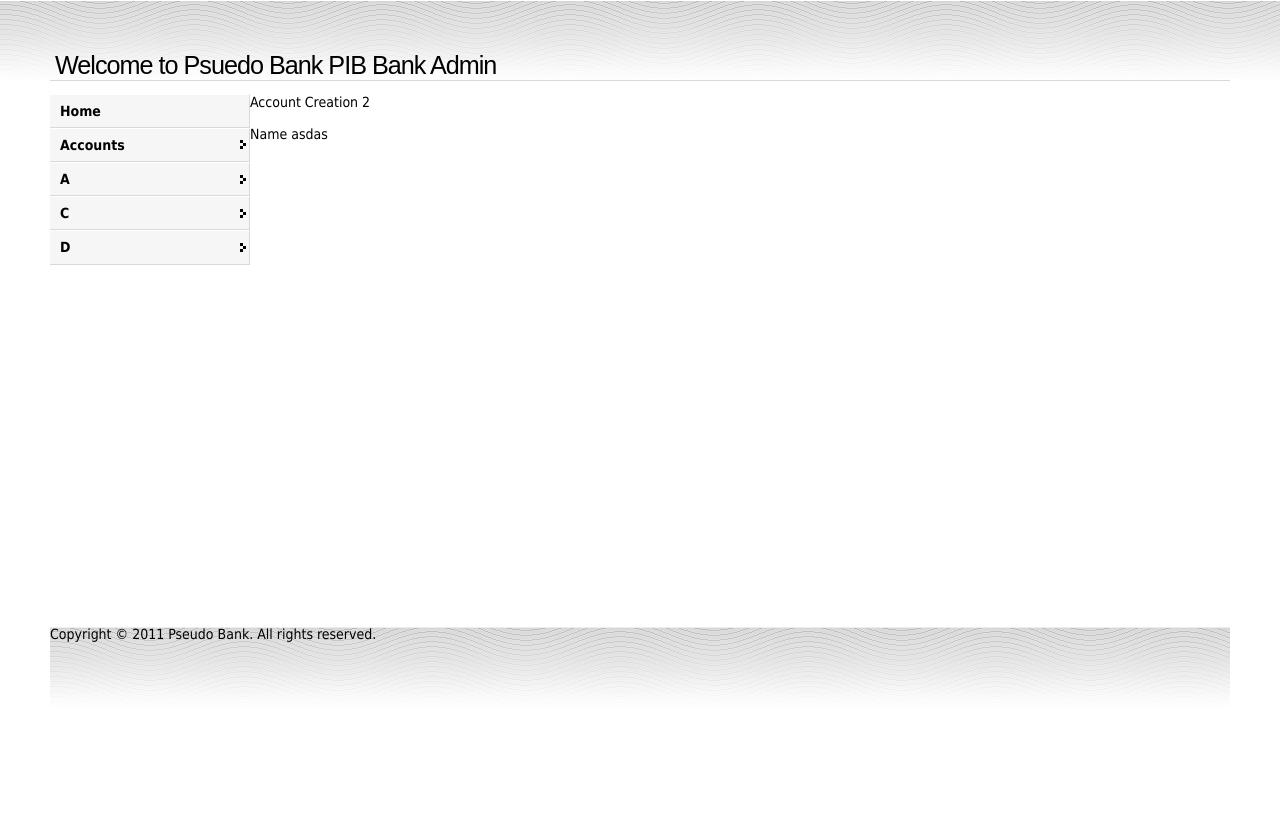
Repository: hareth12/Final-Year-Project
Page: http://localhost/bankAdmin/Account/accountCreation2.jsp
The author's editor kept a copy of each file at every save. The page is drawn from the files as they stood at one save, then again after the next save.
The browser window is 1280 px wide. The pictures show the whole page.
The page is served by Tomcat 9. Other server files are loaded and not shown.

Above is the page before, as saved 2011-09-30 04:24:57.

### bankAdmin/WebContent/Account/accountCreation2.jsp
<!DOCTYPE html PUBLIC "-//W3C//DTD XHTML 1.0 Transitional//EN" "http://www.w3.org/TR/xhtml1/DTD/xhtml1-transitional.dtd">
<html xmlns="http://www.w3.org/1999/xhtml" xml:lang="en" lang="en">
<head>
<title>Psuedo Bank PIB Bank Admin</title>
<meta http-equiv="Content-Type" content="text/html; charset=utf-8" />
<meta name="author" content="Tom@Lwis (http://www.lwis.net/free-css-drop-down-menu/)" />
<meta name="keywords" content="css, dropdowns, dropdown menu, drop-down, menu, navigation, nav, horizontal, vertical left-to-right, vertical right-to-left, horizontal linear, horizontal upwards, cross browser, internet explorer, ie, firefox, safari, opera, browser, lwis" />
<meta name="description" content="Simple vertical left-to-right direction css drop-down menu demo using clean, standards-friendly, free, easy, cross browser framework for css drop-down menus" />
<link href="/bankAdmin/asset/secured/helper.css" media="screen" rel="stylesheet" type="text/css" />

<style type="text/css">

/* Layout */
@import "/bankAdmin/asset/secured/dropdown.css";
@import "/bankAdmin/asset/secured/dropdown.vertical.css";

/* Theme */
@import "/bankAdmin/asset/secured/default.css";

</style>


</head>
<body>
<div id="wrap">  <!-- This wrap div needs to encompass everything except the footer div at bottom -->
<h1>Welcome to Psuedo Bank PIB Bank Admin</h1>

<ul id="nav" class="dropdown dropdown-vertical">
    <li><a href="#">Home</a></li>
    <li class="dir">Accounts
        <ul>
            <li><a href="/bankAdmin/AccountCreation">Accounts Creation</a></li>
            <li><a href="#">Accounts Enquiry</a></li>
                <ul>
                    <li><a href="./">1</a></li>
                    <li><a href="./">2</a></li>
                    <li><a href="./">3</a></li>
                    <li><a href="./">4</a></li>
                    <li><a href="./">5</a></li>
                </ul>
            </li>
        </ul>
    </li>
    <li class="dir">A
        <ul>
            <li><a href="#">1</a></li>
            <li><a href="#">2</a></li>
            <li><a href="#">3</a></li>
        </ul>
    </li>
    <li class="dir">C
        <ul>
            <li><a href="./">1</a></li>
            <li><a href="./">2</a></li>
            <li><a href="./">3</a></li>
        </ul>
    </li>
    <li class="dir">D</a>
        <ul>
            <li><a href="./">1</a></li>
        </ul>
    </li>
</ul>
	<div id="main">
	Account Creation 2
	<br></br>
	<td>
	<tr> Name </tr><tr>    asdas</tr>

	</tr>



	</div>

</div>

<div class="footer">
	<div id="foot"> <!-- this extra div is just centering the fixed width area of the footer content -->

    <p>Copyright &copy; 2011 Pseudo Bank. All rights reserved.</p>
    </div>
</div>

</body>


</html>

### bankAdmin/WebContent/asset/secured/helper.css

* {
 margin: 0;
 padding: 0;
}

body {
 padding: 50px;
 border-top: solid 1px #fff;
 background: #fff url(images/pattern1.png) 0 0 repeat-x;
 font: 14px/normal Tahoma, Arial, Helvetica, sans-serif;
}

html, body{height: 100%;}

#wrap {min-height: 80%;}

#main {overflow:auto;
    padding-bottom: 20%;}  /* must be same height as the footer */

footer {

 position: relative;
 margin-top: -20%;
 height: 20%;
 clear:both;
 text-align: center;
 width:100%;
}

/* Footer */
#footer {background: #444444 url('images/footer.gif') repeat-x;color:#ffffff;font-size:11px;font-family:Verdana, Arial, sans-serif}
#footer2 {background-color: #444444;color:#ffffff;font-size:11px;font-family:Verdana, Arial, sans-serif;height:140px}
#footer a, #footer2 a {color:#ffffff;text-decoration:underline}
#footer a:hover, #footer2 a:hover {color:#804249;text-decoration:underline}
#footer a:visited, #footer2 a:visited  {color:#ffffff;text-decoration:underline}
#footer p, #footer2 p {margin:0 0 15px 0}
#footer p.axe img, #footer2 p.axe img {margin-bottom:-7px}
#foot {width:100%;margin:0 auto;background: url('images/pattern1.png') repeat-x;height:140px;line-height:1.1em;padding: 0;}
#foot2 {width:800px;margin:0 auto;height:140px;line-height:1.1em;padding:0 10px 0 10px}
#foot #left {width:400px;float:left;padding-top:72px}
#foot #right {width:250px;float:right;text-align:right;padding-top:72px}
#foot2 #left {width:450px;float:left;padding-top:45px}
#foot2 #right {width:250px;float:right;text-align:right;padding-top:45px}

.clearfix:after {content: ".";display: block;height: 0;clear: both;visibility: hidden}
.clearfix {display: inline-block}
* html .clearfix {height: 1%}
.clearfix {display: block}


p { margin-bottom: 1em; }

ul.classic {
 list-style: disc;
 margin-bottom: 1em;
 padding-left: 2em;
}

h1,h2,h3 {
 margin-bottom: .5em;
 font-family: Arial, Helvetica, sans-serif;
 line-height: normal;
}

h1 {
 border-bottom: solid 1px #d9d9d9;
 font-weight: normal;
 font-size: 180%;
 text-indent: 5px;
 letter-spacing: -1px;
}

.dropdown-upward {
 margin-top: 400px !important;
}

### bankAdmin/WebContent/asset/secured/dropdown.css
@charset "UTF-8";

/**
 * Horizontal CSS Drop-Down Menu Module
 *
 * @file        dropdown.css
 * @package     Dropdown
 * @version     0.7.1
 * @type        Transitional
 * @stacks      597-599
 * @browsers    Windows: IE6+, Opera7+, Firefox1+
 *              Mac OS: Safari2+, Firefox2+
 *
 * @link        http://www.lwis.net/
 * @copyright   2006-2008 Live Web Institute. All Rights Reserved.
 *
 */

ul.dropdown,
ul.dropdown li,
ul.dropdown ul {
 list-style: none;
 margin: 0;
 padding: 0;
}

ul.dropdown {
 position: relative;
 z-index: 597;
 float: left;
}

ul.dropdown li {
 float: left;
 line-height: 1.3em;
 vertical-align: middle;
 zoom: 1;
}

ul.dropdown li.hover,
ul.dropdown li:hover {
 position: relative;
 z-index: 599;
 cursor: default;
}

ul.dropdown ul {
 visibility: hidden;
 position: absolute;
 top: 100%;
 left: 0;
 z-index: 598;
 width: 100%;
}

ul.dropdown ul li {
 float: none;
}

ul.dropdown ul ul {
 top: 1px;
 left: 99%;
}

ul.dropdown li:hover > ul {
 visibility: visible;
}

### bankAdmin/WebContent/asset/secured/dropdown.vertical.css
@charset "UTF-8";

/**
 * Vertical Left-to-Right Direction CSS Drop-Down Menu Component
 *
 * @file		dropdown.vertical.css
 * @package		Dropdown
 * @version		0.3
 * @type		Transitional
 * @requires	dropdown.css
 * @browsers	Windows: IE5+, Opera7+, Firefox1+
 *				Mac OS: Safari2+, Firefox2+
 *
 * @link		http://www.lwis.net/
 * @copyright	2006-2008 Live Web Institute. All Rights Reserved.
 *
 */

@import "dropdown.css";

ul.dropdown-vertical {
 width: 200px;
}

ul.dropdown-vertical ul {
 top: 1px;
 left: 99%;
}

ul.dropdown-vertical li {
 float: none;
}

### bankAdmin/WebContent/asset/secured/default.css
@charset "UTF-8";

/**
 * Default CSS Drop-Down Menu Theme
 *
 * @file		default.css
 * @name		Default
 * @version		0.1.1
 * @type		transitional
 * @browsers	Windows: IE5+, Opera7+, Firefox1+
 *				Mac OS: Safari2+, Firefox2+
 *
 * @link		http://www.lwis.net/
 * @copyright	2008 Live Web Institute. All Rights Reserved.
 *
 * Module Classes: *.dir {} *.on {} *.open {} li.hover {} li.first {} li.last {}
 * Expected directory tag - li
 *
 */


/*-------------------------------------------------/
 * @section		Base Drop-Down Styling
 * @structure	ul (unordered list)
 *				ul li (list item)
 *				ul li a (links)
 *				/*\.class|(li|a):hover/
 * @level sep	ul
 */


ul.dropdown {
 font-weight: bold;
}

	ul.dropdown li {
	 padding: 7px 10px;
	 border-style: solid;
	 border-width: 1px 1px 1px 0;
	 border-color: #fff #d9d9d9 #d9d9d9;
	 background-color: #f6f6f6;
	 color: #000;
	}

	ul.dropdown li.hover,
	ul.dropdown li:hover {
	 background-color: #eee;
	 color: #000;
	}

	ul.dropdown a:link,
	ul.dropdown a:visited	{ color: #000; text-decoration: none; }
	ul.dropdown a:hover		{ color: #000; }
	ul.dropdown a:active	{ color: #ffa500; }


	/* -- level mark -- */

	ul.dropdown ul {
	 width: 150px;
	 margin-top: 1px;
	}

		ul.dropdown ul li {
		 font-weight: normal;
		}



/*-------------------------------------------------/
 * @section		Support Class `dir`
 * @level sep	ul, .class
 */


ul.dropdown *.dir {
 padding-right: 20px;
 background-image: url(../secured/images/nav-arrow-down.png);
 background-position: 100% 50%;
 background-repeat: no-repeat;
}


/* -- Components override -- */

ul.dropdown-horizontal ul *.dir {
 padding-right: 15px;
 background-image: url(../secured/images/nav-arrow-right.png);
 background-position: 100% 50%;
 background-repeat: no-repeat;
}

ul.dropdown-upward *.dir {
 background-image: url(../secured/images/nav-arrow-top.png);
}

ul.dropdown-vertical *.dir,
ul.dropdown-upward ul *.dir {
 background-image: url(../secured/images/nav-arrow-right.png);
}

ul.dropdown-vertical-rtl *.dir {
 padding-right: 10px;
 padding-left: 15px;
 background-image: url(../secured/images/nav-arrow-left.png);
 background-position: 0 50%;
}

After the next save:
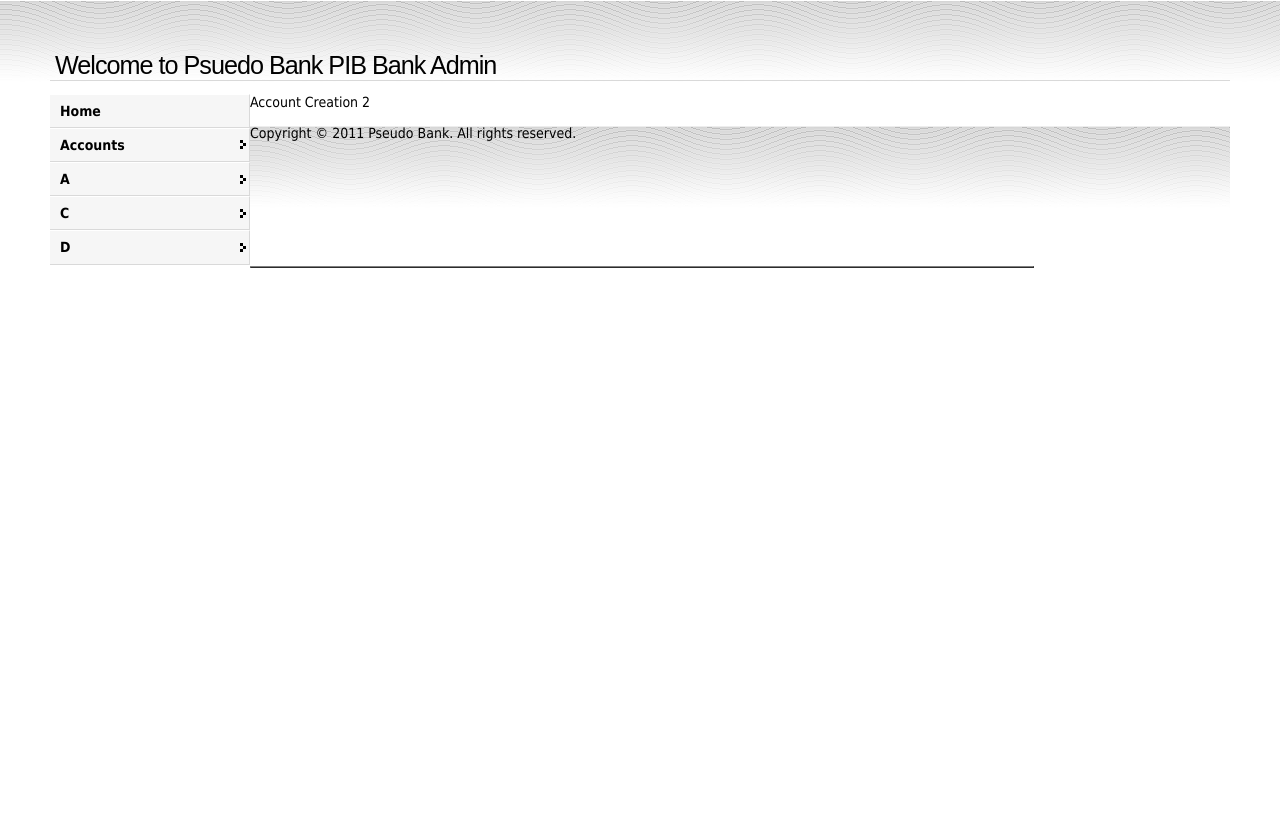
Saved 52 s later.
--- a/bankAdmin/WebContent/Account/accountCreation2.jsp
+++ b/bankAdmin/WebContent/Account/accountCreation2.jsp
@@ -64,10 +64,8 @@
 	<div id="main">
 	Account Creation 2
 	<br></br>
-	<td>
-	<tr> Name </tr><tr>    asdas</tr>
-
-	</tr>
+		<table style="text-align: center; width: 80%;" border="1" cellpadding="2" cellspacing="2">
+		<tbody>
 
 
 

After the save that followed:
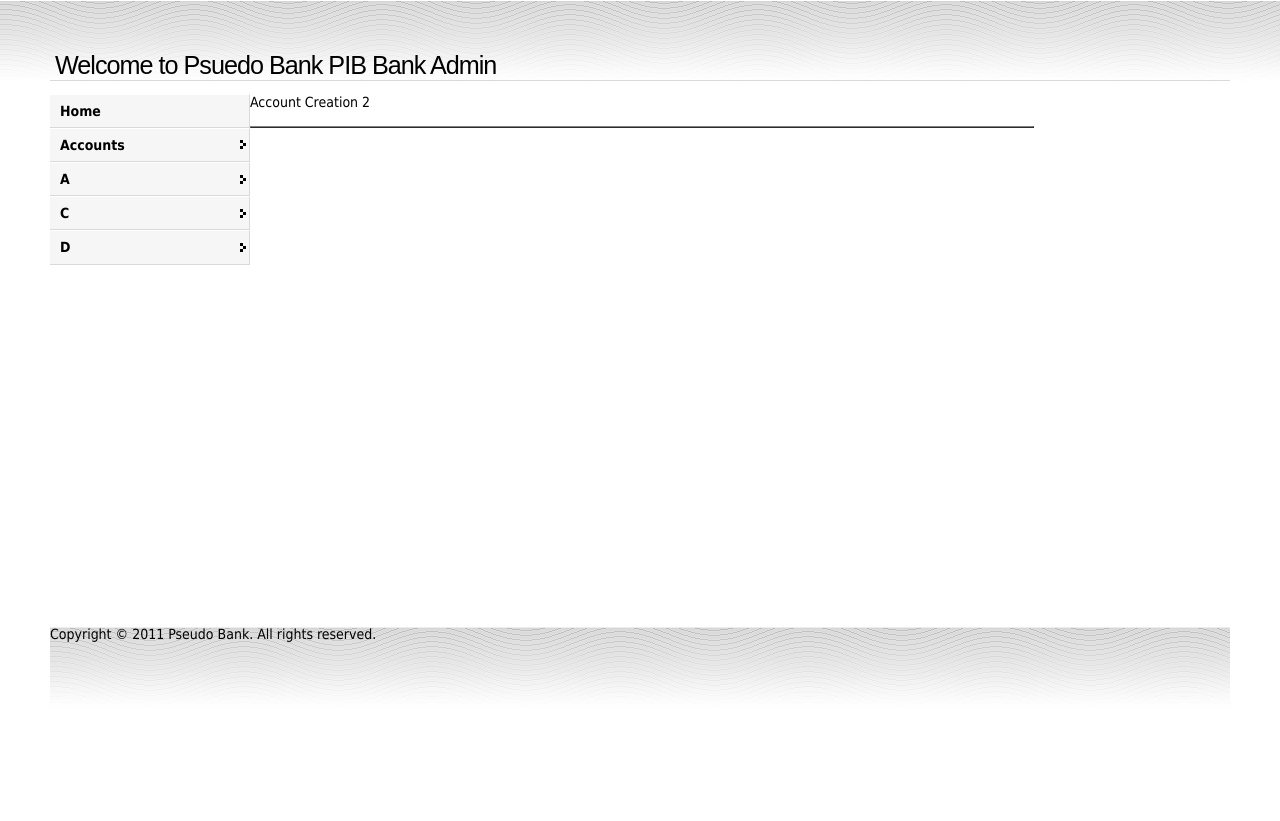
Saved 8 s later.
--- a/bankAdmin/WebContent/Account/accountCreation2.jsp
+++ b/bankAdmin/WebContent/Account/accountCreation2.jsp
@@ -67,7 +67,8 @@
 		<table style="text-align: center; width: 80%;" border="1" cellpadding="2" cellspacing="2">
 		<tbody>
 
-
+		</tbody>
+		</table>
 
 	</div>
 
